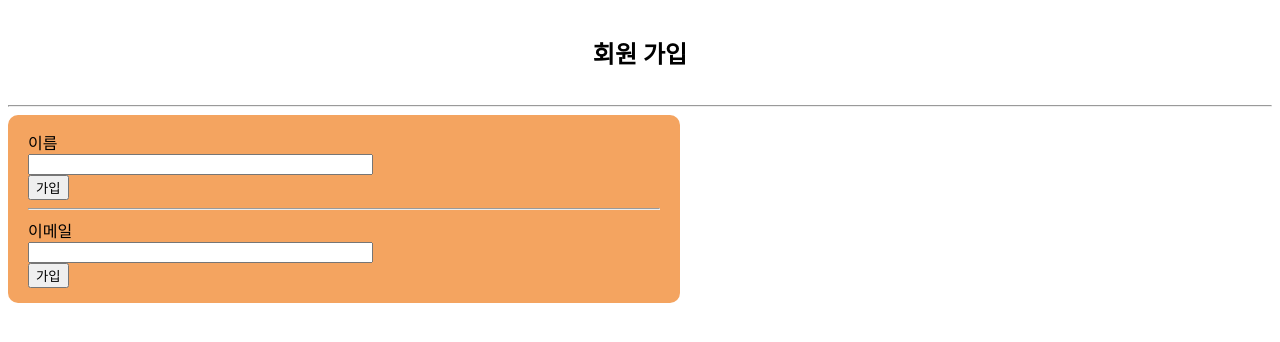
Repository: ineble/sql
Page: http://localhost/text/01/text1.jsp
An editor plug-in stored every save of this project. The page is shown before and after the next save, followed by the edit.
The browser window is 1280 px wide. The pictures show the whole page.
The page is served by Tomcat 9.

Above is the page before, as saved 2022-07-15 07:53:31.

### text/src/main/webapp/01/text1.jsp
<%@ page language="java" contentType="text/html; charset=UTF-8"
    pageEncoding="UTF-8"%>
<!DOCTYPE html>
<html>
<head>
<meta charset="UTF-8">
<title>회원 가입 폼 만들기 예제</title>
<style>
	h2 {
		border-radius: 5px;
		background-color: white;
		text-align: center;
		padding: 15px 0;
	}
	#regform{
		padding: 15px 20px;
		border-radius: 10px;
		maring: auto;
		width: 50%;
		background-color: SandyBrown;
	}
</style>
</head>
<body>
	<h2>회원 가입</h2>
	<hr>
	<div id="regform">
		<form name="form1">
			<label>이름</label><br>
			<input type="text" name="email" size="40"><br>
			<button type="button" onclick="signUp()">가입</button>
			<hr>
			<label>이메일</label><br>
			<input type="email" name="email" size="40"><br>
			<button type="button" onclick="signUp()">가입</button>
		</form>
	</div>
	<div id="result" class="result">
	<h3>가입 정보</h3>
	<hr>
	이름 : <span id="rname"></span><br>
	이메일 : <span id="remail"></span><br>
	</div>
	<script >
		document.getElementById("result").style.display = "none";
	</script>

</body>
</html>

After the next save:
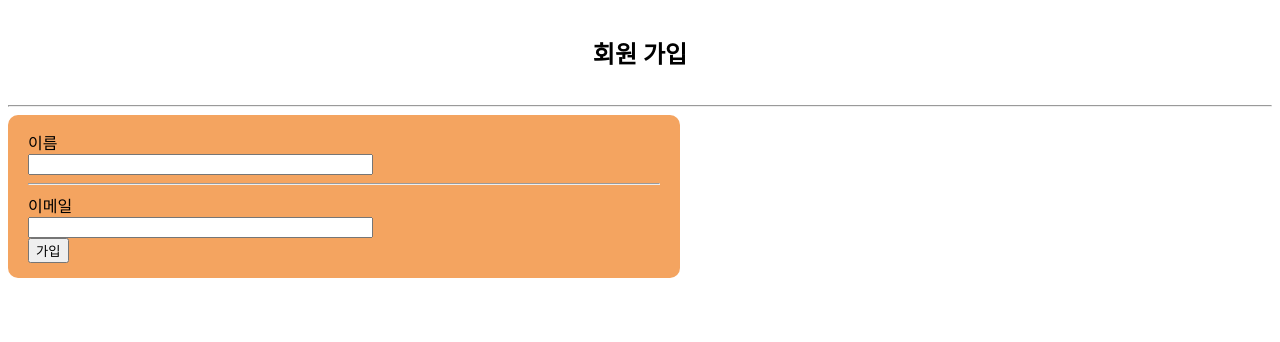
Saved 11 s later.
--- a/text/src/main/webapp/01/text1.jsp
+++ b/text/src/main/webapp/01/text1.jsp
@@ -28,7 +28,6 @@
 		<form name="form1">
 			<label>이름</label><br>
 			<input type="text" name="email" size="40"><br>
-			<button type="button" onclick="signUp()">가입</button>
 			<hr>
 			<label>이메일</label><br>
 			<input type="email" name="email" size="40"><br>
